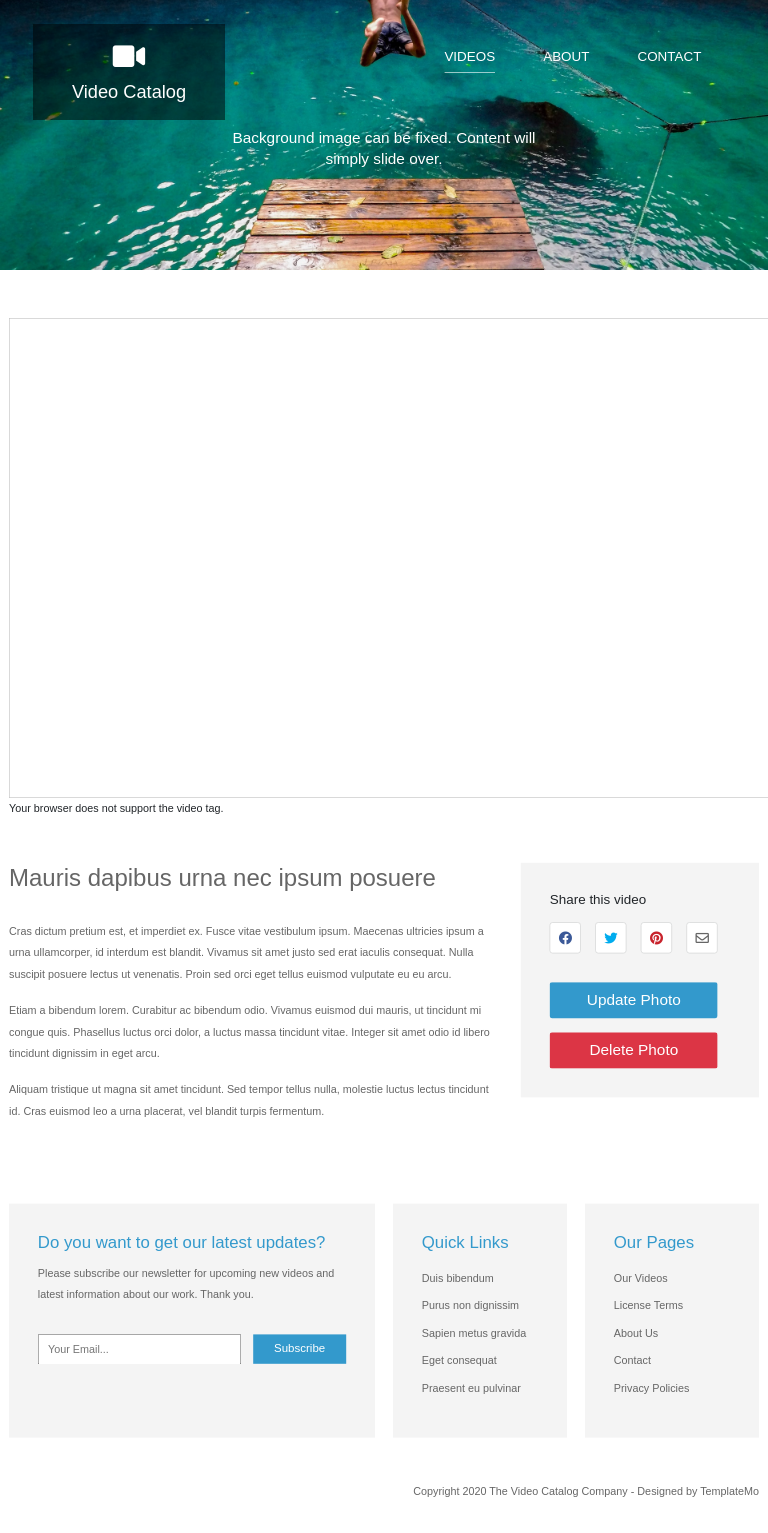
Repository: Marhamat92/PCAT-project-with-node-backend
Page: http://localhost/photo
The author's editor kept a copy of each file at every save. The page is drawn from the files as they stood at one save, then again after the next save.
The browser window is 1280 px wide. The pictures show the whole page, at 60% of full size.
Backgrounds fixed to the window are drawn as part of the page. Some web fonts or font styles are not loaded; a fallback is used. The page is served by the project's Node server (app.js). Other server files are loaded and not shown.

Above is the page before, as saved 2023-02-21 19:42:25.

### views/photo.ejs
<!DOCTYPE html>
<html lang="en">

<head>
	<meta charset="UTF-8">
	<meta name="viewport" content="width=device-width, initial-scale=1.0">
	<title>Video Catalog</title>
	<link rel="stylesheet" href="fontawesome/css/all.min.css"> <!-- https://fontawesome.com/ -->
	<link href="https://fonts.googleapis.com/css2?family=Source+Sans+Pro&display=swap" rel="stylesheet">
	<!-- https://fonts.google.com/ -->
	<link rel="stylesheet" href="css/bootstrap.min.css">
	<link rel="stylesheet" href="css/templatemo-video-catalog.css">
</head>
<!--

TemplateMo 552 Video Catalog

https://templatemo.com/tm-552-video-catalog

-->

<body>
	<div class="tm-page-wrap mx-auto">
		<div class="position-relative">
			<div class="potition-absolute tm-site-header">
				<div class="container-fluid position-relative">
					<div class="row">
						<div class="col-7 col-md-4">
							<a href="index.html" class="tm-bg-black text-center tm-logo-container">
								<i class="fas fa-video tm-site-logo mb-3"></i>
								<h1 class="tm-site-name">Video Catalog</h1>
							</a>
						</div>
						<div class="col-5 col-md-8 ml-auto mr-0">
							<div class="tm-site-nav">
								<nav class="navbar navbar-expand-lg mr-0 ml-auto" id="tm-main-nav">
									<button class="navbar-toggler tm-bg-black py-2 px-3 mr-0 ml-auto collapsed" type="button"
										data-toggle="collapse" data-target="#navbar-nav" aria-controls="navbar-nav" aria-expanded="false"
										aria-label="Toggle navigation">
										<span>
											<i class="fas fa-bars tm-menu-closed-icon"></i>
											<i class="fas fa-times tm-menu-opened-icon"></i>
										</span>
									</button>
									<div class="collapse navbar-collapse tm-nav" id="navbar-nav">
										<ul class="navbar-nav text-uppercase">
											<li class="nav-item active">
												<a class="nav-link tm-nav-link" href="index.html">Videos <span
														class="sr-only">(current)</span></a>
											</li>
											<li class="nav-item">
												<a class="nav-link tm-nav-link" href="about.html">About</a>
											</li>
											<li class="nav-item">
												<a class="nav-link tm-nav-link" href="contact.html">Contact</a>
											</li>
										</ul>
									</div>
								</nav>
							</div>
						</div>
					</div>
				</div>
			</div>
			<div class="tm-welcome-container tm-fixed-header tm-fixed-header-1">
				<div class="text-center">
					<p class="pt-5 px-3 tm-welcome-text tm-welcome-text-2 mb-1 text-white mx-auto">Background image can be fixed.
						Content will simply slide over.</p>
				</div>
			</div>

			<!-- Header image -->
			<div id="tm-fixed-header-bg"></div>
		</div>

		<!-- Page content -->
		<div class="container-fluid">
			<div class="mx-auto tm-content-container">
				<main>
					<div class="row mb-5 pb-4">
						<div class="col-12">
							<!-- Video player 1422x800 -->
							<img width="1422" height="800" controls autoplay>
							<source src=" " type="img">
							Your browser does not support the video tag.
							</img>
						</div>
					</div>
					<div class="row mb-5 pb-5">
						<div class="col-xl-8 col-lg-7">
							<!-- Video description -->
							<div class="tm-video-description-box">
								<h2 class="mb-5 tm-video-title">Mauris dapibus urna nec ipsum posuere</h2>
								<p class="mb-4">Cras dictum pretium est, et imperdiet ex. Fusce vitae vestibulum ipsum. Maecenas
									ultricies ipsum a urna ullamcorper, id interdum est blandit. Vivamus sit amet justo sed erat iaculis
									consequat. Nulla suscipit posuere lectus ut venenatis. Proin sed orci eget tellus euismod vulputate eu
									eu arcu.</p>
								<p class="mb-4">Etiam a bibendum lorem. Curabitur ac bibendum odio. Vivamus euismod dui mauris, ut
									tincidunt mi congue quis. Phasellus luctus orci dolor, a luctus massa tincidunt vitae. Integer sit
									amet odio id libero tincidunt dignissim in eget arcu.</p>
								<p class="mb-4">Aliquam tristique ut magna sit amet tincidunt. Sed tempor tellus nulla, molestie luctus
									lectus tincidunt id. Cras euismod leo a urna placerat, vel blandit turpis fermentum.</p>
							</div>
						</div>
						<div class="col-xl-4 col-lg-5">
							<!-- Share box -->
							<div class="tm-bg-gray tm-share-box">
								<h6 class="tm-share-box-title mb-4">Share this video</h6>
								<div class="mb-5 d-flex">
									<a href="" class="tm-bg-white tm-share-button"><i class="fab fa-facebook"></i></a>
									<a href="" class="tm-bg-white tm-share-button"><i class="fab fa-twitter"></i></a>
									<a href="" class="tm-bg-white tm-share-button"><i class="fab fa-pinterest"></i></a>
									<a href="" class="tm-bg-white tm-share-button"><i class="far fa-envelope"></i></a>
								</div>

								<div>
									<button class="btn btn-primary p-0 tm-btn-animate tm-btn-download tm-icon-download"><span>Update
											Photo</span></button>
									<button class="btn btn-danger p-0 mt-4 tm-btn-animate tm-btn-download tm-icon-download"><span>Delete
											Photo</span></button>
								</div>

							</div>
						</div>
					</div>

				</main>

				<!-- Subscribe form and footer links -->
				<div class="row mt-5 pt-3">
					<div class="col-xl-6 col-lg-12 mb-4">
						<div class="tm-bg-gray p-5 h-100">
							<h3 class="tm-text-primary mb-3">Do you want to get our latest updates?</h3>
							<p class="mb-5">Please subscribe our newsletter for upcoming new videos and latest information about our
								work. Thank you.</p>
							<form action="" method="GET" class="tm-subscribe-form">
								<input type="text" name="email" placeholder="Your Email..." required>
								<button type="submit" class="btn rounded-0 btn-primary tm-btn-small">Subscribe</button>
							</form>
						</div>
					</div>
					<div class="col-xl-3 col-lg-6 col-md-6 col-sm-6 col-12 mb-4">
						<div class="p-5 tm-bg-gray">
							<h3 class="tm-text-primary mb-4">Quick Links</h3>
							<ul class="list-unstyled tm-footer-links">
								<li><a href="#">Duis bibendum</a></li>
								<li><a href="#">Purus non dignissim</a></li>
								<li><a href="#">Sapien metus gravida</a></li>
								<li><a href="#">Eget consequat</a></li>
								<li><a href="#">Praesent eu pulvinar</a></li>
							</ul>
						</div>
					</div>
					<div class="col-xl-3 col-lg-6 col-md-6 col-sm-6 col-12 mb-4">
						<div class="p-5 tm-bg-gray h-100">
							<h3 class="tm-text-primary mb-4">Our Pages</h3>
							<ul class="list-unstyled tm-footer-links">
								<li><a href="#">Our Videos</a></li>
								<li><a href="#">License Terms</a></li>
								<li><a href="#">About Us</a></li>
								<li><a href="#">Contact</a></li>
								<li><a href="#">Privacy Policies</a></li>
							</ul>
						</div>
					</div>
				</div> <!-- row -->

				<footer class="row pt-5">
					<div class="col-12">
						<p class="text-right">Copyright 2020 The Video Catalog Company

							- Designed by <a href="https://templatemo.com" rel="nofollow" target="_parent">TemplateMo</a></p>
					</div>
				</footer>
			</div> <!-- .tm-content-container -->
		</div>
	</div>

	<script src="js/jquery-3.4.1.min.js"></script>
	<script src="js/bootstrap.min.js"></script>
	<script>
		$(document).ready(function () {
			$('.tm-likes-box').click(function (e) {
				e.preventDefault();
				$(this).toggleClass('tm-liked');

				if ($(this).hasClass('tm-liked')) {
					$('#tm-likes-count').html('486 likes');
				} else {
					$('#tm-likes-count').html('485 likes');
				}
			});
		});
	</script>
</body>

</html>

### app.js
const express = require('express')
const app = express()
const path = require('path')
const ejs = require('ejs')
const mongoose = require('mongoose');

//!import photo model
const Photo = require('./models/Photo')

// Connect to MongoDB
mongoose.connect('mongodb://localhost/pcat-test-db', { useNewUrlParser: true }, { useUnifiedTopology: true })



// Set view engine
app.set('view engine', 'ejs')


//middlewares
app.use(express.static('public')); //!static dosyaları kullanmak için
app.use(express.urlencoded({ extended: true })); //! parse application/x-www-form-urlencoded //url deki verileri okumak için
app.use(express.json()); //! parse application/json  //json verileri okumak için

//ROUTES
app.get('/', async (req, res) => {
  const photos = await Photo.find({})
  res.render('index', { photos })
})

app.get('/about', (req, res) => {
  res.render('about')
})

app.get('/add', (req, res) => {
  res.render('add')
})

app.get('/photo', (req, res) => {
  res.render('photo')
})


app.post('/photos', async (req, res) => {
  await Photo.create(req.body, (err, data) => {
    if (err) {
      console.log(err)
    } else {
      res.redirect('/')
    }
  })
})



const port = 3000

app.listen(port, () => {
  console.log(`Server is running on port ${port} ...`)
})

### public/css/templatemo-video-catalog.css
/*

TemplateMo 552 Video Catalog

https://templatemo.com/tm-552-video-catalog

*/

html { scroll-behavior: smooth; overflow-x: hidden; }

body {
    margin: 0;
    padding: 0;
    font-family: 'Source Sans Pro', sans-serif;
    font-size: 18px;
    line-height: 2em;
    overflow-x: hidden;
}

a {
    transition: all 0.3s ease;
    color: #666;
}

a:hover {
    color: #29BBCC;
    text-decoration: none;
}

h2, p { color: #666666; }

.tm-site-header {
    position: absolute;
    z-index: 1000;
    width: 100%;
    top: 0;
    left: 0;
    padding: 40px;
}

.tm-logo-container {
    display: block;
    padding: 30px;
    width: 320px;
    height: 160px;
}

.tm-site-logo { font-size: 3rem; }
.tm-site-name { font-size: 1.9rem; }

#tm-video-container {
    max-height: 720px;
    overflow: hidden;
    background-color: #333;
}

#tm-video {
    width: 100%;
    height: auto;
}

.tm-bg-black {
    background-color: rgba(0,0,0,0.5);
    color: white;
}

.tm-bg-gray { background-color: #F4F4F4; }
.tm-text-primary { color: #3399CC; }
.tm-text-secondary { color: #3CAFAF; }

.tm-nav-link {
    color: white;
    font-size: 1.4rem;
}

#tm-main-nav .nav-item .nav-link { border-bottom: 1px solid transparent; }

#tm-main-nav .nav-item.active .nav-link,
#tm-main-nav .nav-item:hover .nav-link {
    border-bottom: 1px solid white;
    color: white;
}

.tm-welcome-container {
    position: absolute;
    width: 100%;
    height: 100%;
    display: flex;
    justify-content: center;
    flex-direction: column;
    z-index: 999;
}

.tm-welcome-container-inner { margin-top: 100px; }
.tm-welcome-text { font-size: 1.6rem; }

.btn {
    padding: 15px 60px;
    font-size: 1.6rem;
    border: none;
    cursor: pointer;
}

.btn-primary { background-color: #3399CC; }
.btn-primary:hover { background-color: #1674a0; }

/*
    Button hover effect: https://tympanus.net/Development/CreativeButtons/
*/

.tm-btn-animate {
    position: relative;
    overflow: hidden;
    -webkit-backface-visibility: hidden;
    -moz-backface-visibility: hidden;
    backface-visibility: hidden;
    transition: all 0.3s ease;
}

.tm-btn-animate:before {
    left: 0;
    top: -100%;
    position: absolute;
    height: 100%;
    width: 100%;
    line-height: 2.5;
    -webkit-transition: all 0.3s;
    -moz-transition: all 0.3s;
    transition: all 0.3s;
    font-family: "Font Awesome 5 Free";
    font-style: normal;
    font-weight: 900;
    line-height: 1;
    -webkit-font-smoothing: antialiased;
}

.tm-btn-animate:after {
    content: '';
    position: absolute;
    z-index: -1;
    -webkit-transition: all 0.3s;
    -moz-transition: all 0.3s;
    transition: all 0.3s;
}

.tm-btn-animate:hover:before { top: 13px; }

.tm-btn-animate span {
    display: inline-block;
    width: 100%;
    height: 100%;
    -webkit-transition: all 0.3s;
    -webkit-backface-visibility: hidden;
    -moz-transition: all 0.3s;
    -moz-backface-visibility: hidden;
    transition: all 0.3s;
    backface-visibility: hidden;
}

.tm-btn-animate:hover span {
    -webkit-transform: translateY(300%);
    -moz-transform: translateY(300%);
    -ms-transform: translateY(300%);
    transform: translateY(300%);
}

.tm-btn-cta {
    color: white;
    background-color: rgba(0,0,0,0.5);
}

.tm-btn-cta:before { font-size: 180%; }
.tm-btn-download:before { font-size: 120%; }
.tm-btn-submit:before { font-size: 120%; }
.tm-icon-down:before { content: '\f078'; }
.tm-icon-download:before { content: '\f019'; }
.tm-icon-submit:before { content: '\f1d8'; }
.tm-icon-submit:hover:before { top: 18px; }
.tm-btn-cta:hover { color: white; }

.tm-btn-download:hover,
.tm-btn-download:focus,
.tm-btn-submit:hover,
.tm-btn-submit:focus {
    color: white;
    background-color: #3399CC;
}

.tm-btn-download span { padding-top: 10px; }
.tm-btn-small {
    padding: 10.5px 35px;
    font-size: 1.2rem;
}

#tm-video-control-button {
    position: absolute;
    bottom: 20px;
    right: 20px;
    z-index: 1000;
}

.tm-content-container {
    max-width: 1422px;
    padding-top: 80px;
    padding-bottom: 35px;
}

.tm-page-title { font-size: 2.5rem; }
.tm-catalog-item-list { justify-content: start; }

.tm-catalog-item {
    max-width: 462px;
    display: flex;
    flex-direction: column;
    margin-bottom: 64px;
}

.tm-thumbnail-container { overflow: hidden; }
.tm-thumbnail-container img { transition: all 0.3s ease; }
.tm-thumbnail-container:hover img { transform: scale(1.2) rotate(5deg); }

.tm-img-overlay {
    top: 0;
    left: 0;
    width: 100%;
    height: 100%;
    display: flex;
    align-items: center;
    justify-content: center;
    background-color: rgba(0,0,0,0.4);
    cursor: pointer;
    transition: all 0.3s ease: ;
}

.tm-overlay-icon {
    color: #a7a7a7;
    opacity: 1;
    font-size: 2rem;
    padding: 10px 15px;
    background-color: rgba(0,0,0,0.5);
    border-radius: 50%;
    width: 70px;
    height: 70px;
    display: flex;
    align-items: center;
    justify-content: center;
    padding-right: 8px;
    z-index: 1002;
    transition: all 0.3s ease;
}

.tm-img-overlay:hover { background-color: transparent; }
.tm-img-overlay:hover .tm-overlay-icon { opacity: 0; }
.tm-catalog-item-description { flex: 1; }

.tm-categories-container {
    display: flex;
    align-items: center;
}

.tm-categories-text { margin-right: 16px; }
.tm-category-list { font-size: 1.75rem; }
.tm-category-item { margin: 16px; }

.tm-category-link {
    color: #3399CC;
    padding: 10px;
    border-bottom: 3px solid transparent;
}

.tm-category-link.active,
.tm-category-link:hover {
    border-bottom: 3px solid #3399CC;
    color: #3399CC;
}

.tm-paging-link {
    background-color: #F4F4F4;
    margin-right: 12px;
    font-size: 1.5rem;
    width: 60px;
    height: 60px;
    display: flex;
    align-items: center;
    justify-content: center;
}

.nav-item.active > .tm-paging-link,
.nav-item:hover > .tm-paging-link {
    background-color: #CCC;
    color: #666666;
}

.tm-subscribe-form {
    display: flex;
    align-items: center;
}

.tm-subscribe-form > input {
    padding: 5px 15px;
    margin-right: 20px;
    flex: 1;
    max-width: 382px;
}

.tm-footer-links > li { margin-bottom: 10px; }

/*Video detail page*/

.tm-video-title { font-size: 2.5rem; }
.tm-share-box {
    font-size: 1.4rem;
    padding: 3rem;
}
.tm-share-box-title { font-size: 1.4rem; }

.tm-bg-white {
    background-color: white;
    border: 1px solid #CDCECF;
    border-radius: 5px;
}

.tm-share-button {
    width: 52px;
    height: 52px;
    display: flex;
    align-items: center;
    justify-content: center;
    margin-right: 24px;
}

.tm-share-button:last-child { margin-right: 0; }
.tm-text-link { color: #3399CC; }

.tm-likes-box,
.tm-btn-download {
    width: 280px;
    height: 60px;
}

.tm-likes-box { padding-top: 12px; }
.tm-video-description-box { max-width: 920px; }
.tm-text-gray { color: #6F7071; }

.tm-fixed-header {
    background-position: center;
    background-repeat: no-repeat;
    background-attachment: fixed;
    background-size: cover;
    background-color: #666;
}

#tm-fixed-header-bg { height: 450px; }
.tm-fixed-header-1 { background-image: url(../img/video-detail-1.jpg); }
.tm-fixed-header-2 { background-image: url(../img/about-1.jpg); }
.tm-fixed-header-3 { background-image: url(../img/contact-1.jpg); }

video {
  width: 100%;
  height: auto;
}

.fa-facebook { color: #3b5998; }
.fa-twitter { color: #00acee; }
.fa-pinterest { color: #c8232c; }
.tm-liked-icon { display: none; }
.tm-not-liked-icon { display: inline-block; }
.tm-liked-icon, .tm-not-liked-icon { margin-top: 3px; }
.tm-liked .tm-liked-icon { display: inline-block; }
.tm-liked .tm-not-liked-icon { display: none; }
.tm-welcome-text-2 { max-width: 575px; }
.tm-share-button:hover { background-color: #e9ecef; }

/*About*/
.tm-about-text-container { max-width: 920px; }

.parallax-window {
    min-height: 270px;
    background: transparent;
}

.parallax-window-2 {
    min-height: 360px;
}

.tm-about-icon {
    color: #999;
}

/* Contact */
.mapouter{
    position:relative;
    text-align:right;
    height:540px;
    width:100%;
}

.gmap_canvas {
    overflow:hidden;
    background:none!important;
    height:540px;
    width:100%;
}

.form-control {
    font-size: 1.2rem;
    padding: 21px 25px;
}

.form-group {
    margin-bottom: 35px;
}

#contact-select {
    height: 60px;
    border-radius: 0;
}

#contact-select:not([multiple]) {
  -webkit-appearance: none;
  -moz-appearance: none;
  background-position: right 15px center;
  background-repeat: no-repeat;
  background-image: url(../img/select-arrow.png);
  padding: 14px 20px;
  padding-right: 20px;
  color: #666;
}
.tm-testimonial-text {
    max-width: 420px;
    font-style: italic;
}

@media (min-width: 992px) {
    #tm-main-nav .nav-item { margin: 20px 40px; }
    .navbar-expand-lg .navbar-nav .nav-link { padding: 8px 0px; }
    .navbar-expand-lg .navbar-collapse { justify-content: flex-end; }
}

@media (max-width: 1419px) {
    .tm-catalog-item { margin-bottom: 30px; }
}

@media (max-width: 991px) {
    .navbar {
        max-width: 220px;
        position: absolute;
        top: 0;
        right: 0;
        padding: 0;
    }

    .navbar-collapse {
        background-color: rgba(0,0,0,0.5);
        border-radius: 5px;
        border-top-right-radius: 0;
        padding: 10px 15px;
    }

    .nav-item { margin-bottom: 10px; }

    .navbar-toggler {
        border-bottom-left-radius: 0;
        border-bottom-right-radius: 0;
        width: 52px;
        height: 40px;
    }

    .navbar-toggler.collapsed {
        border-bottom-left-radius: .25rem;
        border-bottom-right-radius: .25rem;
    }

    .navbar-toggler i.tm-menu-opened-icon { display: block; }
    .navbar-toggler i.tm-menu-closed-icon { display: none; }
    .navbar-toggler.collapsed i.tm-menu-opened-icon { display: none; }
    .navbar-toggler.collapsed i.tm-menu-closed-icon { display: block; }
    .tm-welcome-container-inner { margin-top: 150px; }
    .tm-welcome-text { font-size: 1.4rem; }

    #tm-video {
        width: 888px;
        height: 500px;
    }

    .tm-logo-container {
        height: 160px;
        width: 250px;
    }

    .tm-site-header { padding: 20px; }
    .tm-catalog-item-list { max-width: 924px; }
    .tm-share-box { max-width: 400px; }
}

@media (max-width: 879px) {
    .tm-categories-container {
        flex-direction: column;
        align-items: flex-start;
    }
}

@media (max-width: 640px) {
    .tm-subscribe-form {
        flex-direction: column;
        align-items: stretch;
    }

    .tm-subscribe-form > input {
       max-width: 100%;
    }

    .tm-subscribe-form input {
        margin-right: 0;
        margin-bottom: 15px;
    }

    .tm-share-box {
        padding-left: 1.5rem;
        padding-right: 1.5rem;
    }
}

@media (max-width: 419px) {
    .tm-testimonial {
        flex-direction: column;
    }
}

Loaded but not shown: public/fontawesome/css/all.min.css (library); public/css/bootstrap.min.css (library); public/js/jquery-3.4.1.min.js (library); public/js/bootstrap.min.js (library)

After the next save:
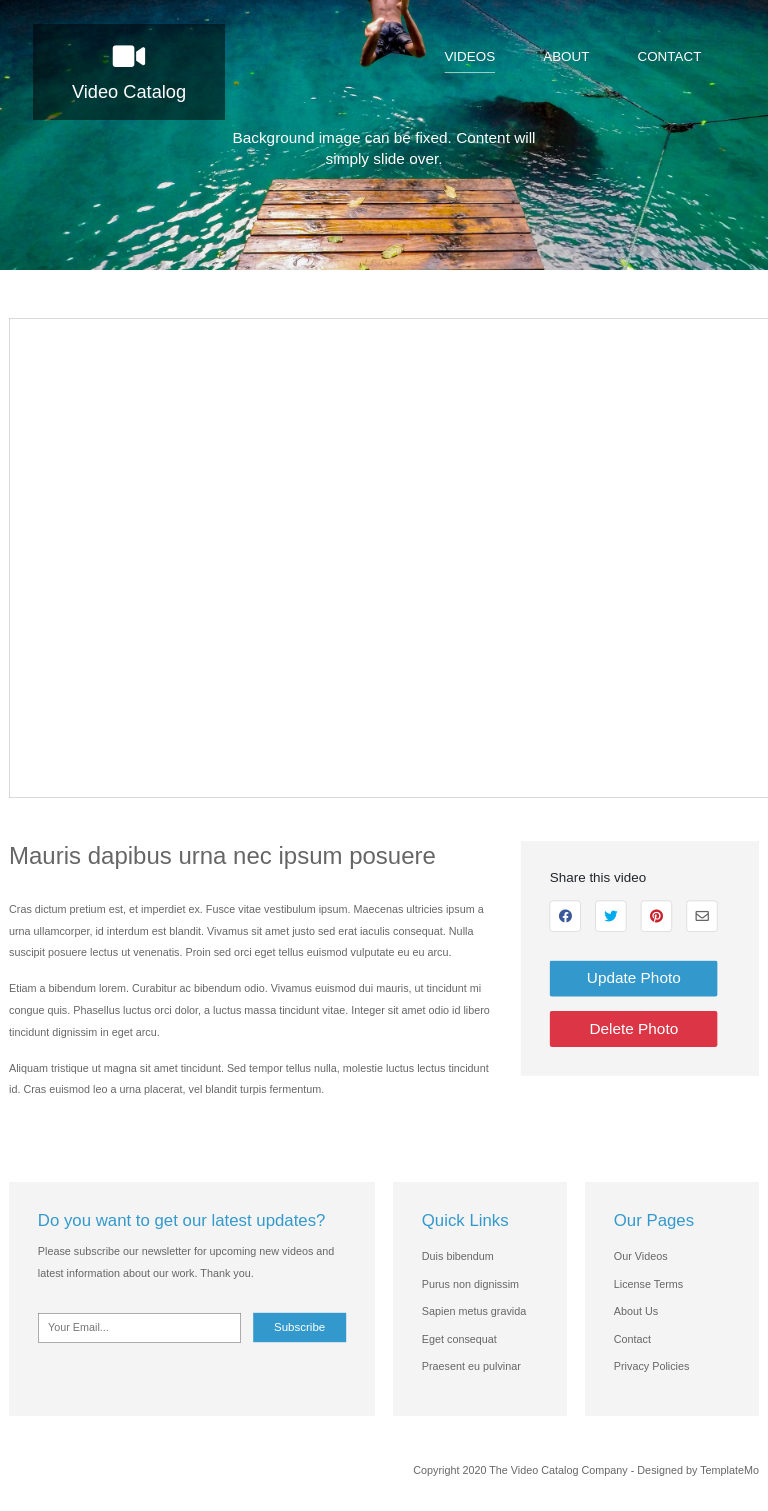
Saved 33 s later.
--- a/views/photo.ejs
+++ b/views/photo.ejs
@@ -80,10 +80,9 @@ https://templatemo.com/tm-552-video-catalog
 					<div class="row mb-5 pb-4">
 						<div class="col-12">
 							<!-- Video player 1422x800 -->
-							<img width="1422" height="800" controls autoplay>
-							<source src=" " type="img">
-							Your browser does not support the video tag.
-							</img>
+							<img width="1422" height="800" />
+
+
 						</div>
 					</div>
 					<div class="row mb-5 pb-5">
